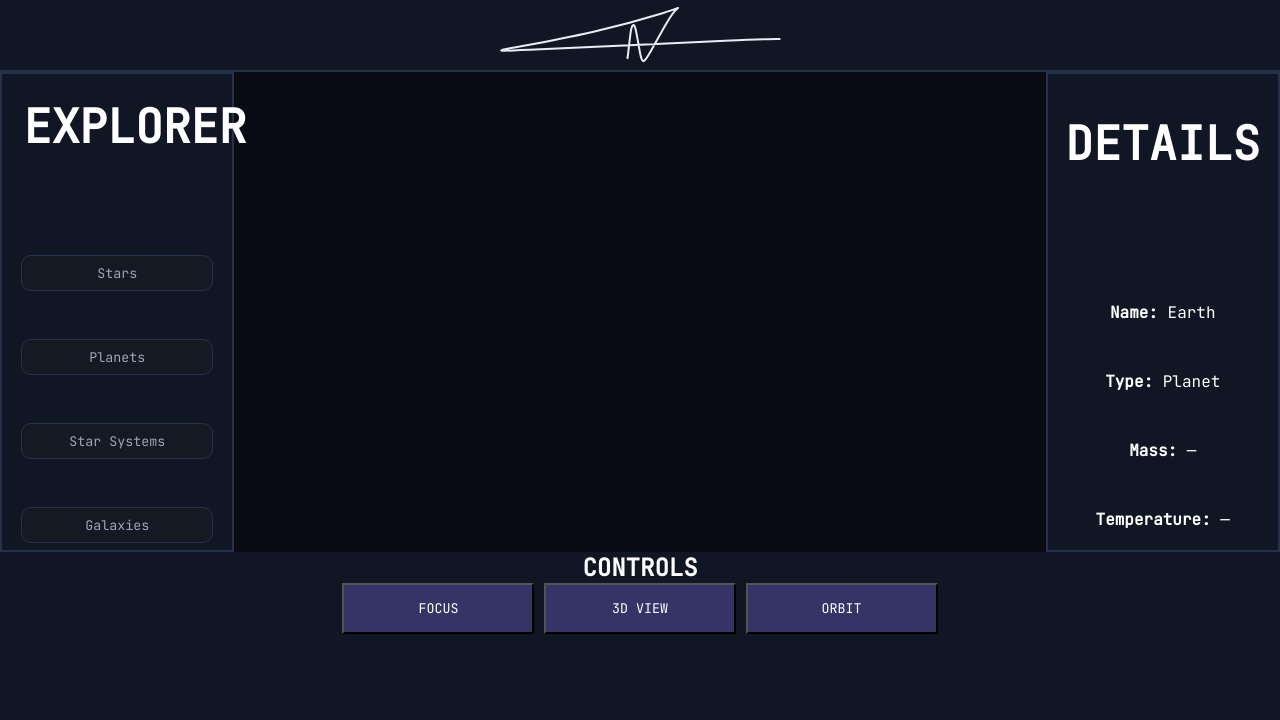
Repository: nico-madruga/Universe
Page: front-end/html/index.html
The author's editor kept a copy of each file at every save. The page is drawn from the files as they stood at one save, then again after a run of saves.
The browser window is 1280 px wide. The pictures show the whole page.

Above is the page before, as saved 2026-09-28 18:03:38.

### front-end/html/index.html
<!DOCTYPE html>
<html lang="en">
<head>
    <meta charset="UTF-8">
    <meta name="viewport" content="width=device-width, initial-scale=1.0">
    <link href='https://fonts.googleapis.com/css?family=JetBrains Mono' rel='stylesheet'>
    <link rel="stylesheet" href="../css/style.css">
    <title>Universe</title>

    <link rel="stylesheet" href="../css/style.css">
</head>

<body>

    <header>
        <img src="/front-end/imgs/Vector 1.svg">
    </header>


    <main class="layout">

        <aside class="sidebar">

            <h2>EXPLORER</h2>

            <nav>
                <button class="standard_button">Stars</button>
                <button class="standard_button">Planets</button>
                <button class="standard_button">Star Systems</button>
                <button class="standard_button">Galaxies</button>
            </nav>

        </aside>


                <div class="star star-1"></div>
                <div class="star star-2"></div>
                <div class="star star-3"></div>

                <div class="planet"></div>

            <section class="object-info">

                <h2>DETAILS</h2>

                <div class="info-grid">

                    <p>
                        <strong>Name:</strong>
                        Earth
                    </p>

                    <p>
                        <strong>Type:</strong>
                        Planet
                    </p>

                    <p>
                        <strong>Mass:</strong>
                        —
                    </p>

                    <p>
                        <strong>Temperature:</strong>
                        —
                    </p>

                </div>

            </section>

        </section>

    </main>

    <footer class="controls">
        <h2>CONTROLS</h2>

        <div class="control-buttons">
            <button class="control-button">FOCUS</button>
            <button class="control-button">3D VIEW</button>
            <button class="control-button">ORBIT</button>
        </div>
    </footer>

</body>
</html>

### front-end/css/style.css
:root
{
    --background-color: #101624;
    --planet-background-color: #080B14;
    --button-color: #2222224D;
    --button-border-color-hovered: #222222;
    --button-color-hovered: #263149BF;
    --panels-color: #101624;
    --panel-borders-color: #263149;
    --main-text-color: #E8ECF4;
    --secondary-text-color: #9AA6BA;
    --primary-accent-color: #4CC9F0;
    --secondary-accent-color: #8B7CFF;
    --control-button-color: #8B7CFF4D;
    --highlight-color: #A9E8FF;
}

*
{
 padding: 0;
 margin: 0;
 color: white;
 font-family: 'JetBrains Mono';
}

header
{
    display: flex;
    padding: 1vh 0;
    background-color: var(--background-color);
    flex-direction: row-reverse;
    justify-content: space-evenly;
    border-bottom: 2px solid var(--panel-borders-color);
}

header input
{
    align-self: center;
    height: 2rem;
}

body
{
    background-color: var(--background-color);
}

.layout
{
    display: flex;
    justify-content: space-between;
    background-color: var(--planet-background-color);
}

.layout .sidebar
{
    display: flex;
    flex-direction: column;
    text-align: center;
    width: 18vw;
    height: 66vh;
    border: 2px solid var(--panel-borders-color);
    background-color: var(--panels-color);
}

.sidebar h2
{
    padding: 3vh;
    font-size: 2.9rem;
    font-style: normal;
}

.sidebar nav
{
    display: flex;
    flex-direction: column;
    gap: 48px;
    padding-top: 4.8rem;
}

.standard_button
{
    align-self: center;
    width: 15vw;
    height: 5vh;
    background-color: var(--button-color);
    border: 1px solid var(--panel-borders-color);
    border-style: solid;
    color: var(--secondary-text-color);
    border-radius: 10px;
}

.standard_button:hover
{
    border: 1px solid var(--button-border-color-hovered);
    background-color: var(--button-color-hovered);
    color: var(--secondary-accent-color)
}

.content
{
    display: flex;
}

.content .space
{
    background-color: var(--planet-background-color);
    width: 100%;
}

.layout .object-info
{
    display: flex;
    flex-direction: column;
    padding-top: 2.4rem;
    text-align: center;
    gap: 48px;
    width: 18vw;
    border: 2px solid var(--panel-borders-color);
    background-color: var(--panels-color);
}

.layout .object-info h2
{
    font-size: 2.9rem;
}

.layout .object-info .info-grid
{
    display: flex;
    flex-direction: column;
    padding-top: 5rem;
    gap: 48px;
}

.controls
{
    display: flex;
    flex-direction: column;
    text-align: center;
}

.control-button
{
    background-color: var(--control-button-color);
    width: 15vw;
    height: 4vw;
}

After the next 2 saves:
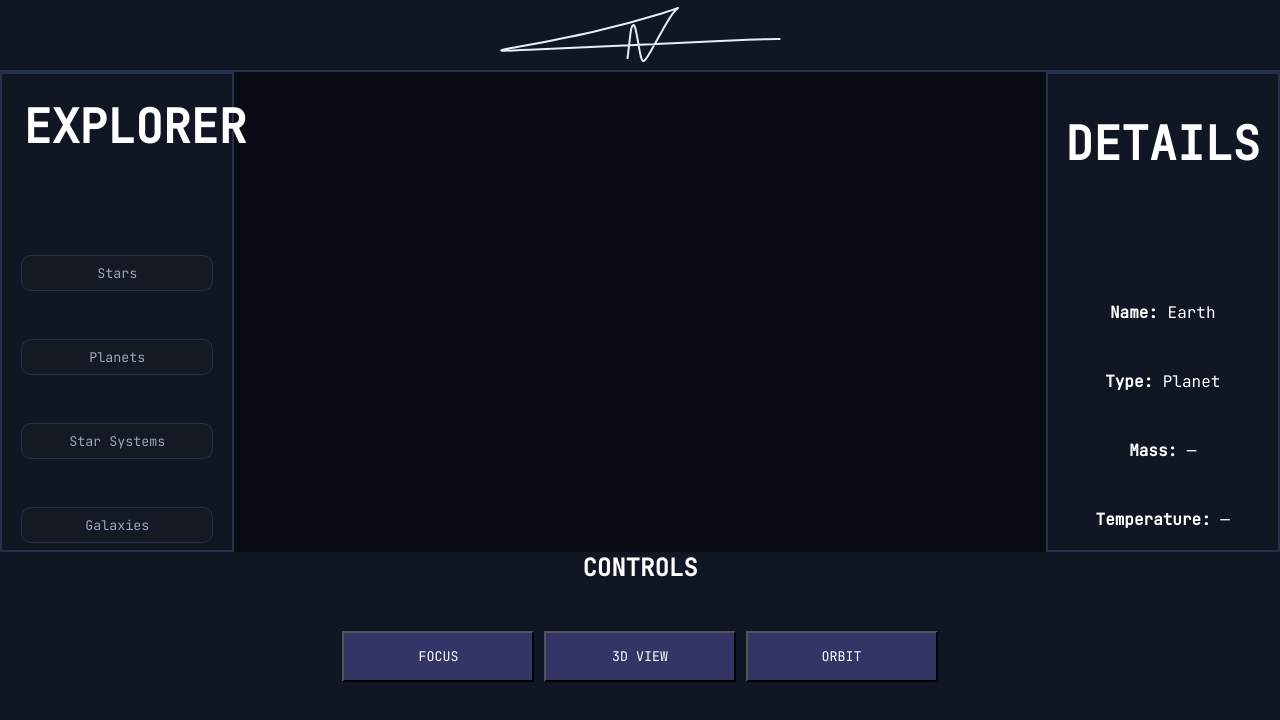
The 2 saves are shown as one change because they came seconds apart.
The last was saved 8 s later.
--- a/front-end/css/style.css
+++ b/front-end/css/style.css
@@ -136,6 +136,7 @@ body
 {
     display: flex;
     flex-direction: column;
+    gap: 3rem;
     text-align: center;
 }
 
